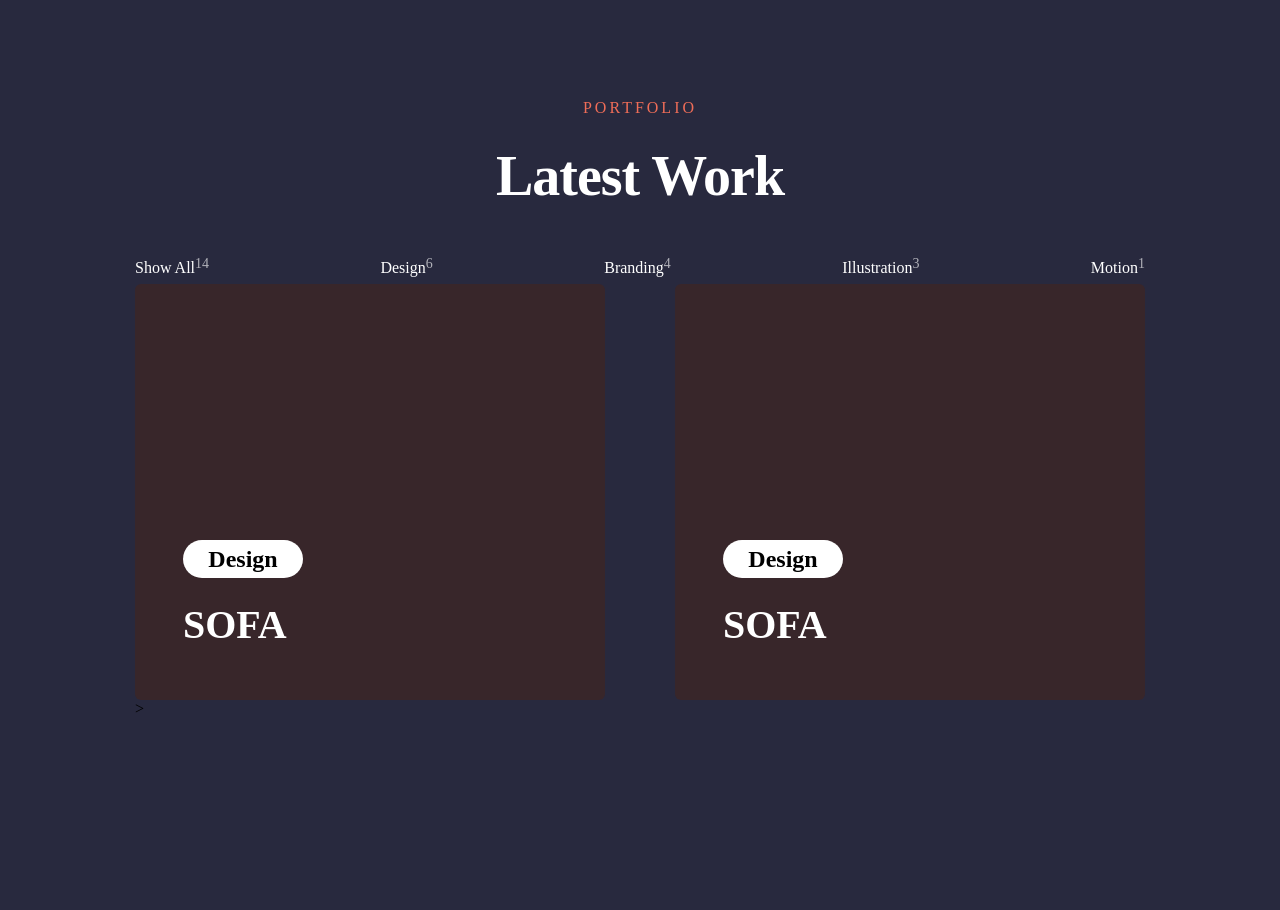
Repository: kubrazamanova/Position-3
Page: index.html
The author's editor kept a copy of each file at every save. The page is drawn from the files as they stood at one save, then again after a run of saves.
The browser window is 1280 px wide. The pictures show the whole page.

Above is the page before, as saved 2023-10-21 11:10:51.

### index.html
<!DOCTYPE html>
<html lang="en">
  <head>
    <meta charset="UTF-8" />
    <meta name="viewport" content="width=device-width, initial-scale=1.0" />
    <link rel="stylesheet" href="index.css" />
    <title>Document</title>
  </head>
  <body>
    <div class="container">
      <div class="box-1">
        <h1>Portfolio</h1>
        <b>Latest Work</b>
      </div>

      <div class="number">
        <ul>
          <li>
            <p>Show All</p>
            <b>14</b>
          </li>

          <li>
            <p>Design</p>
            <b>6</b>
          </li>

          <li>
            <p>Branding</p>
            <b>4</b>
          </li>

          <li>
            <p>Illustration</p>
            <b>3</b>
          </li>

          <li>
            <p>Motion</p>
            <b>1</b>
          </li>
        </ul>
      </div>

<div class="image-container">
  <div class="box-1-container">
    <div class="box box-one">
      <img src="./image/01.svg" alt="" />
      <h2 class="design">Design</h2>
      <b>SOFA</b>
    </div>

    <div class="box box-two">
      <img src="./image/01.svg" alt="" />
      <h2 class="design">Design</h2>
      <b>SOFA</b>
    </div>


  </div>
  <div class="box-2-container">

  </div>
</div>



>
<!--
      <div class="bej-square">
        <img src="./image/02.svg" alt="" />
        <h2>Illustration</h2>

        <div class="bej-01">
          <b>Work Media</b>
        </div>
      </div> -->
    </div>
  </body>
</html>

### index.css
* {
  margin: 0;
  padding: 0;
  box-sizing: border-box;
}

.container {
  padding: 92px 135px 192px 135px;
  min-height: 100vh;
  background: #28293e;
}
.container .box-1 {
  display: flex;
  flex-direction: column;
}

.container .box-1 h1 {
  margin-bottom: 20px;
  color: var(--Text_Light_Accent, #ef6d58);
  text-align: center;
  font-family: Epilogue;
  font-size: 16px;
  font-style: normal;
  font-weight: 400;
  line-height: 32px;
  letter-spacing: 3px;
  text-transform: uppercase;
}

.container .box-1 b {
  color: var(--Text_Light, #fff);
  text-align: center;
  font-feature-settings: "clig" off, "liga" off;
  font-family: Epilogue;
  font-size: 56px;
  font-style: normal;
  font-weight: 800;
  line-height: 64px;
  letter-spacing: -1px;
}

.container .number ul {
  position: relative;
}
.container ul {
  margin-top: 44px;
  display: flex;
  justify-content: space-between;
}

.container ul li {
  display: flex;
  list-style-type: none;
}

.container ul li p {
  color: var(--Text_Light, #fff);
  font-feature-settings: "clig" off, "liga" off;
  font-family: Epilogue;
  font-size: 16px;
  font-style: normal;
  font-weight: 400;
  line-height: 32px;
}

.container ul li b {
  color: var(--Text_Light_Gray, rgba(255, 255, 255, 0.64));
  text-align: center;
  font-feature-settings: "clig" off, "liga" off;
  font-family: Epilogue;
  font-size: 14px;
  font-style: normal;
  font-weight: 400;
  line-height: 24px;
}





.box-33 {
  position: relative;
}

.bej-square {
  position: relative;
  top: 30px;
}

.bej-square h2 {
  width: 116px;
  height: 38px;
  border-radius: 19px;
  background: #fff;
  color: var(--Text_Dark, #391400);
  font-feature-settings: "clig" off, "liga" off;
  font-family: Epilogue;
  font-size: 16px;
  font-style: normal;
  font-weight: 400;
  line-height: 32px;
  display: flex;
  justify-content: center;
  position: absolute;
  bottom: 150px;
  left: 48px;
}

.bej-square .bej-01 b {
  color: var(--Text_Light, #fff);
  font-feature-settings: "clig" off, "liga" off;
  font-family: Epilogue;
  font-size: 40px;
  font-style: normal;
  font-weight: 800;
  line-height: 48px;
  position: relative;
  bottom: 70px;
  left: 48px;
}

.box{
  width: 470px;
height: 416px;
position: relative;
}
.box img{
  width: 470px;
height: 416px;
}
.container .box h2 {
  position: absolute;
  bottom: 122px;
  left: 48px;

  width: 120px;
  height: 38px;
  border-radius: 25px;
  background: #fff;
  display: flex;
  justify-content: center;
  align-items: center;
}
.container .box b {
  color: var(--Text_Light, #fff);
  font-feature-settings: "clig" off, "liga" off;
  font-family: Epilogue;
  font-size: 40px;
  font-style: normal;
  font-weight: 800;
  line-height: 48px;
  position: absolute;
  bottom: 51px;
  left: 48px;
}

.container .image-container .box-1-container{
  display: flex;
  justify-content: space-between;
}

After the next 2 saves:
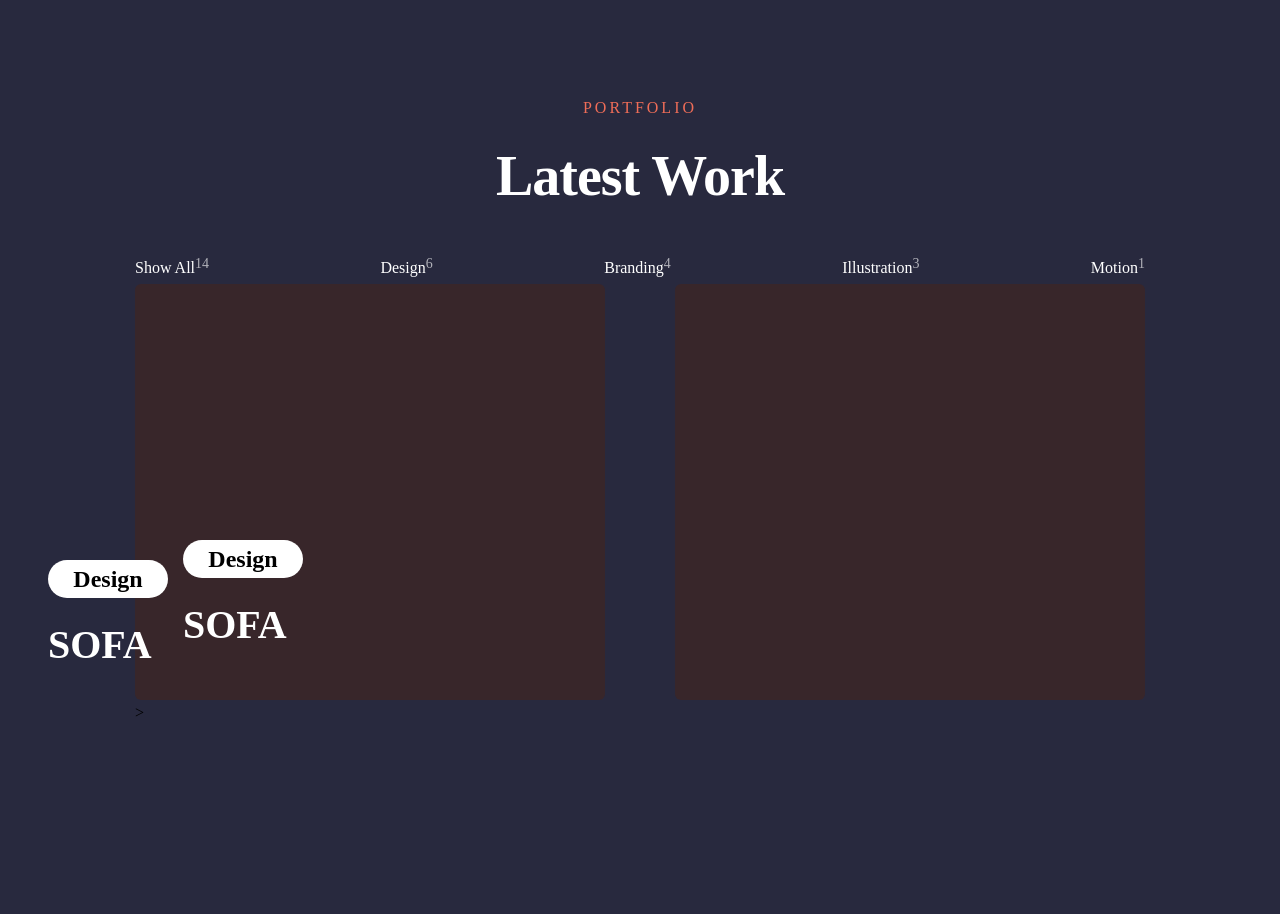
The 2 saves are shown as one change because they came seconds apart.
The last was saved 7 s later.
--- a/index.css
+++ b/index.css
@@ -119,12 +119,12 @@
   left: 48px;
 }
 
-.box{
+.box-one{
   width: 470px;
 height: 416px;
 position: relative;
 }
-.box img{
+.box-one img{
   width: 470px;
 height: 416px;
 }

After the 4 saves that followed:
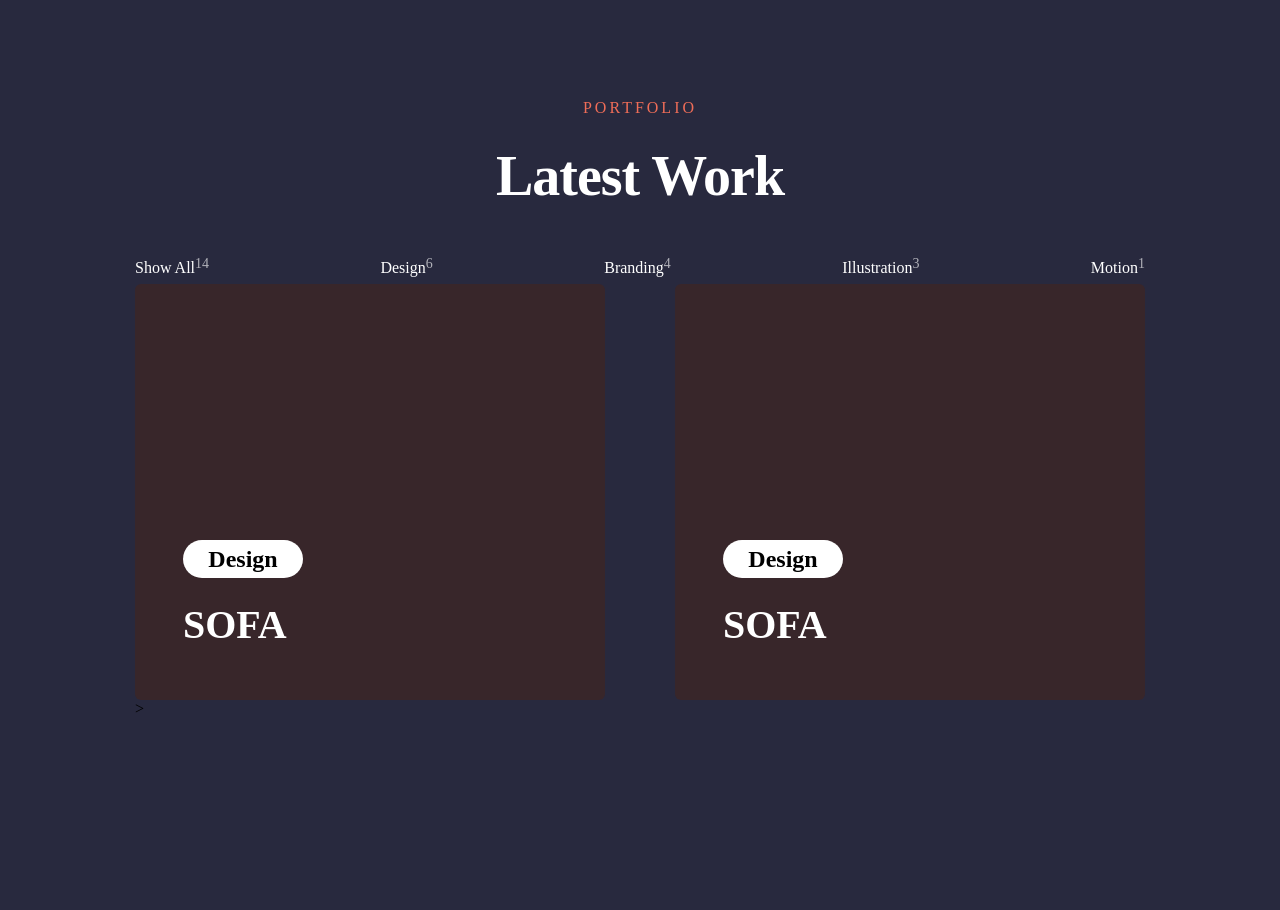
The 4 saves are shown as one change because they came seconds apart.
The last was saved 13 s later.
--- a/index.css
+++ b/index.css
@@ -128,6 +128,16 @@ position: relative;
   width: 470px;
 height: 416px;
 }
+
+.box-two{
+  width: 470px;
+height: 416px;
+position: relative;
+}
+.box-one img{
+  width: 470px;
+height: 416px;
+}
 .container .box h2 {
   position: absolute;
   bottom: 122px;
